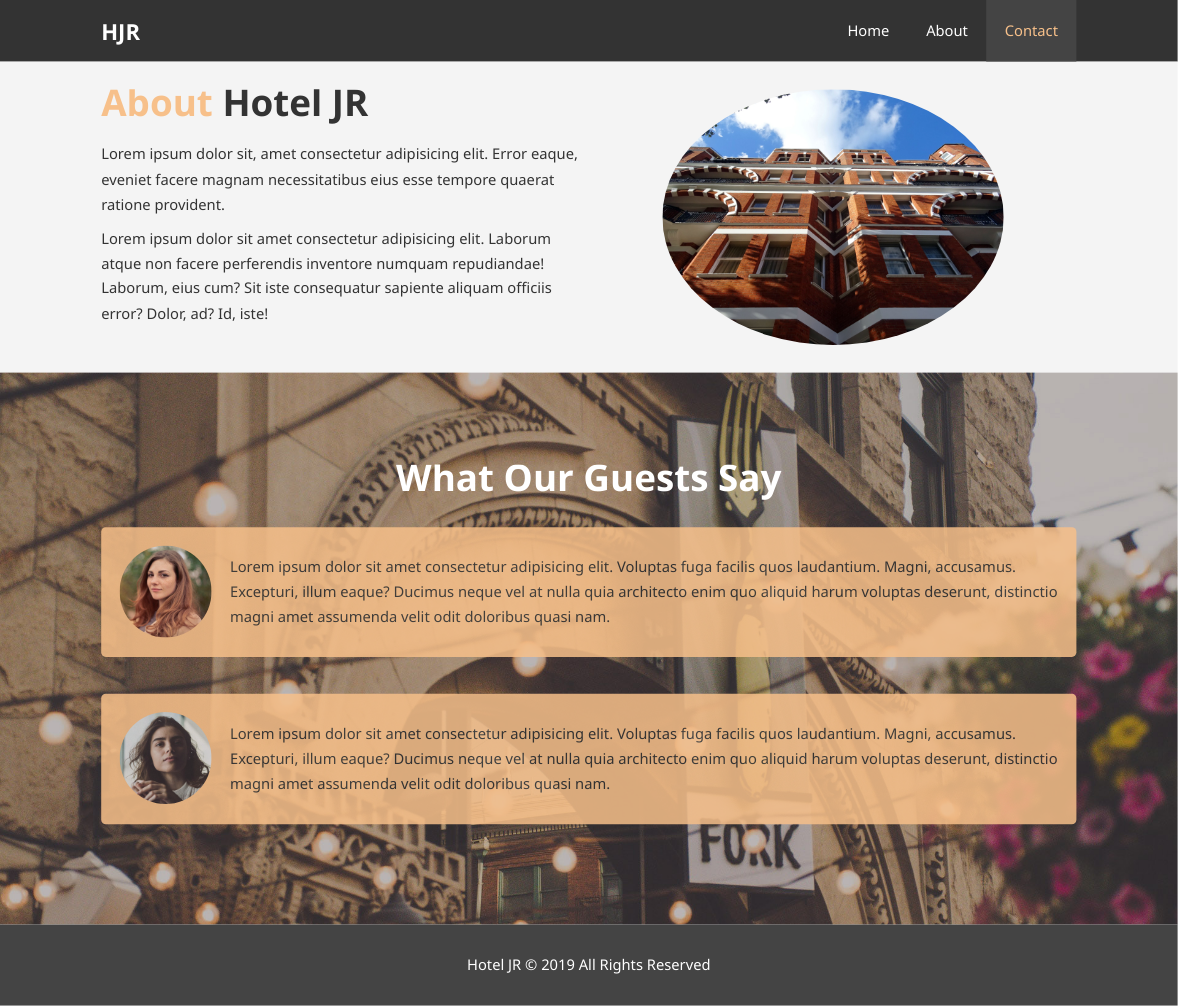
Repository: dimlutine/Hotel-Project
Page: contact.html
These files come from the project's save history. The page is drawn as it stood at one moment and after the next save; the edit follows.
The browser window is 1280 px wide. The pictures show the whole page, at 92% of full size.

Above is the page before, as saved 2019-07-05 23:02:21.

### contact.html
<!DOCTYPE html>
<html lang="en">

<head>
    <meta charset="UTF-8">
    <meta name="viewport" content="width=device-width, initial-scale=1.0">
    <meta http-equiv="X-UA-Compatible" content="ie=edge">
    <meta name="description" content="Welcome to the neatest hotel in Durham, North Carolina!">
    <meta name="keywords" content="hotel,durham hotel, north carolina hotel, rdu hotel">
    <link rel="stylesheet" href="css/style.css">
    <title>Hotel JR | Contact</title>
</head>

<body>
    <header>
        <nav id="navbar">
            <div class="container">
                <h1 class="logo"><a href="index.html">HJR</a></h1>
                <ul>
                    <li><a href="index.html">Home</a></li>
                    <li><a href="about.html">About</a></li>
                    <li><a class="current" href="contact.html">Contact</a></li>
                </ul>
            </div>

        </nav>

    </header>
    <section id="about-info" class="bg-light py-3">
        <div class="container">
            <div class="info-left">
                <h1 class="l-heading"><span class="text-primary">About</span> Hotel JR</h1>
                <p>Lorem ipsum dolor sit, amet consectetur adipisicing elit. Error eaque, eveniet facere magnam necessitatibus eius esse tempore quaerat ratione provident.</p>
                <p>Lorem ipsum dolor sit amet consectetur adipisicing elit. Laborum atque non facere perferendis inventore numquam repudiandae! Laborum, eius cum? Sit iste consequatur sapiente aliquam officiis error? Dolor, ad? Id, iste!</p>
            </div>
            <div class="info-right">
                <img src="./img/photo-2.jpg" alt="hotel">
            </div>
        </div>
    </section>
    <div class="clr"></div>
    <section id="testimonials" class="py-3">
        <div class="container">
            <h2 class="l-heading">What Our Guests Say</h2>
            <div class="testimonial bg-primary">
                <img src="./img/person-1.jpg" alt="Some Chick">
                <p>Lorem ipsum dolor sit amet consectetur adipisicing elit. Voluptas fuga facilis quos laudantium. Magni, accusamus. Excepturi, illum eaque? Ducimus neque vel at nulla quia architecto enim quo aliquid harum voluptas deserunt, distinctio magni
                    amet assumenda velit odit doloribus quasi nam.</p>

            </div>
            <div class="testimonial bg-primary">
                <img src="./img/person-2.jpg" alt="Some Other Chick">
                <p>Lorem ipsum dolor sit amet consectetur adipisicing elit. Voluptas fuga facilis quos laudantium. Magni, accusamus. Excepturi, illum eaque? Ducimus neque vel at nulla quia architecto enim quo aliquid harum voluptas deserunt, distinctio magni
                    amet assumenda velit odit doloribus quasi nam.</p>

            </div>
        </div>
    </section>
    <footer id="main-footer">
        <p>Hotel JR &copy; 2019 All Rights Reserved</p>
    </footer>
</body>

</html>

### css/style.css
* {
    padding: 0;
    margin: 0;
    box-sizing: border-box;
}

html,
body {
    font-family: 'Segoe UI', 'Segoe UI', Tahoma, Geneva, Verdana, sans-serif;
    line-height: 1.7em;
}

a {
    color: #333;
    text-decoration: none;
}

h1,
h2,
h3 {
    padding-bottom: 20px;
}

p {
    margin: 10px 0;
}


/* Utilities */

.container {
    margin: auto;
    max-width: 1100px;
    overflow: auto;
    padding: 0 20px;
}

.text-primary {
    color: #f7c08a;
}

.lead {
    font-size: 20px;
}

.btn {
    display: inline-block;
    font-size: 18px;
    color: #fff;
    background: #333;
    padding: 13px 20px;
    border: none;
    cursor: pointer;
}

.btn:hover {
    background: #f7c08a;
    color: #333;
}

.btn-light {
    background: #f4f4f4;
    color: #333;
}

.bg-dark {
    background: #333;
    color: #fff;
}

.bg-light {
    background: #f4f4f4;
    color: #333;
}

.bg-primary {
    background: #f7c08a;
    color: #333;
}

.clr {
    clear: both;
}

.l-heading {
    font-size: 40px;
}


/* Padding */

.py-1 {
    padding: 10px 0;
}

.py-2 {
    padding: 20px 0;
}

.py-3 {
    padding: 30px 0;
}

#navbar {
    background: #333;
    color: #fff;
    overflow: auto;
}

#navbar a {
    color: #fff;
}

#navbar h1 {
    float: left;
    padding-top: 20px;
}

#navbar ul {
    float: right;
    list-style: none;
}

#navbar ul li {
    float: left;
}

#navbar ul li a {
    display: block;
    padding: 20px;
    text-align: center;
}

#navbar ul li a:hover,
#navbar ul li a.current {
    background: #444;
    color: #f7c08a;
}


/* Showcase */

#showcase {
    background: url('../img/showcase.jpg') no-repeat center center/cover;
    height: 600px;
}

#showcase .showcase-content {
    color: #fff;
    text-align: center;
    padding-top: 170px;
}

#showcase .showcase-content h1 {
    font-size: 60px;
    line-height: 1.2em;
}

#showcase .showcase-content p {
    padding-bottom: 20px;
    line-height: 1.7em;
}


/* Home Info */

#home-info {
    height: 400px;
}

#home-info .info-img {
    float: left;
    width: 50%;
    background: url('../img/photo-1.jpg') no-repeat;
    min-height: 100%;
}

#home-info .info-content {
    float: right;
    width: 50%;
    height: 100%;
    text-align: center;
    padding: 50px 30px;
    overflow: hidden;
}

#home-info .info-content p {
    padding-bottom: 30px;
}


/*Features*/

.box {
    float: left;
    width: 33.3%;
    padding: 50px;
    text-align: center;
}

.box i {
    margin-bottom: 10px;
}


/* About Info*/

#about-info .info-right {
    float: right;
    width: 50%;
    min-height: 100%;
}

#about-info .info-right img {
    width: 70%;
    display: block;
    margin: auto;
    border-radius: 50%;
}

#about-info .info-left {
    float: left;
    width: 50%;
    min-height: 100%;
}


/* Testimonials */

#testimonials h2 {
    color: #fff;
    text-align: center;
    padding-bottom: 40px;
}

#testimonials {
    height: 600px;
    background: url('../img/test-bg.jpg') no-repeat center center/cover;
    padding-top: 100px;
}

#testimonials .testimonial {
    padding: 20px;
    margin-bottom: 40px;
    border-radius: 5px;
    opacity: .85;
}

#testimonials .testimonial img {
    width: 100px;
    float: left;
    margin-right: 20px;
    border-radius: 50%;
}


/* Footer */

#main-footer {
    text-align: center;
    background: #444;
    color: #fff;
    padding: 20px;
}

After the next save:
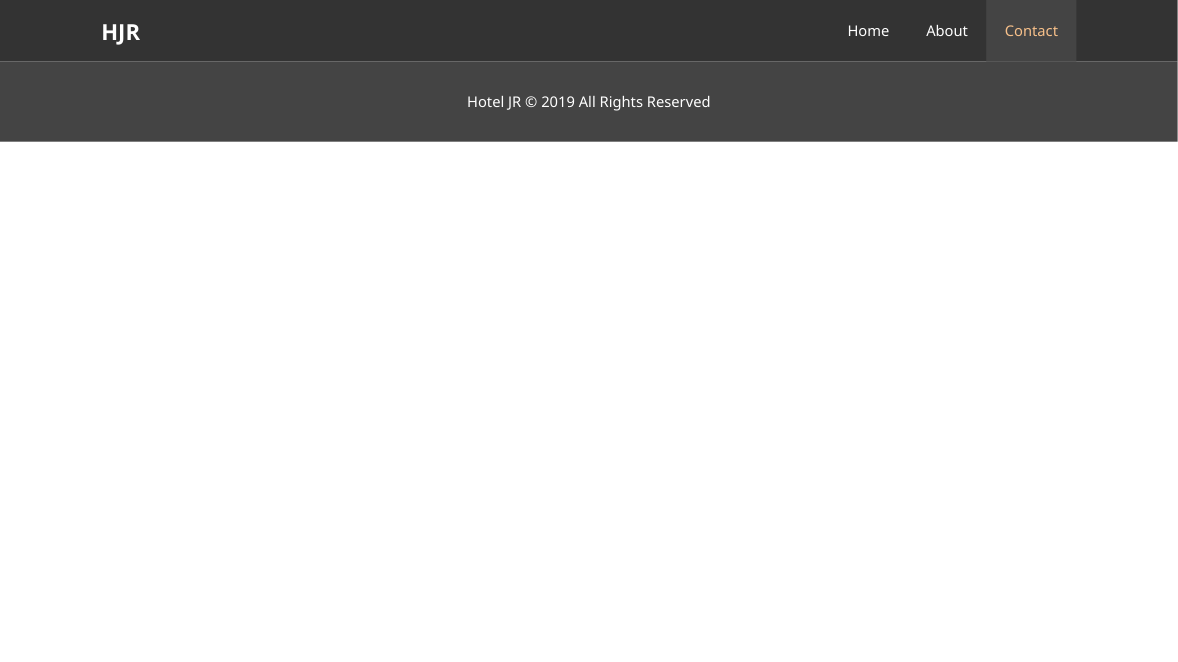
Saved 19 s later.
--- a/contact.html
+++ b/contact.html
@@ -26,36 +26,7 @@
         </nav>
 
     </header>
-    <section id="about-info" class="bg-light py-3">
-        <div class="container">
-            <div class="info-left">
-                <h1 class="l-heading"><span class="text-primary">About</span> Hotel JR</h1>
-                <p>Lorem ipsum dolor sit, amet consectetur adipisicing elit. Error eaque, eveniet facere magnam necessitatibus eius esse tempore quaerat ratione provident.</p>
-                <p>Lorem ipsum dolor sit amet consectetur adipisicing elit. Laborum atque non facere perferendis inventore numquam repudiandae! Laborum, eius cum? Sit iste consequatur sapiente aliquam officiis error? Dolor, ad? Id, iste!</p>
-            </div>
-            <div class="info-right">
-                <img src="./img/photo-2.jpg" alt="hotel">
-            </div>
-        </div>
-    </section>
-    <div class="clr"></div>
-    <section id="testimonials" class="py-3">
-        <div class="container">
-            <h2 class="l-heading">What Our Guests Say</h2>
-            <div class="testimonial bg-primary">
-                <img src="./img/person-1.jpg" alt="Some Chick">
-                <p>Lorem ipsum dolor sit amet consectetur adipisicing elit. Voluptas fuga facilis quos laudantium. Magni, accusamus. Excepturi, illum eaque? Ducimus neque vel at nulla quia architecto enim quo aliquid harum voluptas deserunt, distinctio magni
-                    amet assumenda velit odit doloribus quasi nam.</p>
 
-            </div>
-            <div class="testimonial bg-primary">
-                <img src="./img/person-2.jpg" alt="Some Other Chick">
-                <p>Lorem ipsum dolor sit amet consectetur adipisicing elit. Voluptas fuga facilis quos laudantium. Magni, accusamus. Excepturi, illum eaque? Ducimus neque vel at nulla quia architecto enim quo aliquid harum voluptas deserunt, distinctio magni
-                    amet assumenda velit odit doloribus quasi nam.</p>
-
-            </div>
-        </div>
-    </section>
     <footer id="main-footer">
         <p>Hotel JR &copy; 2019 All Rights Reserved</p>
     </footer>
